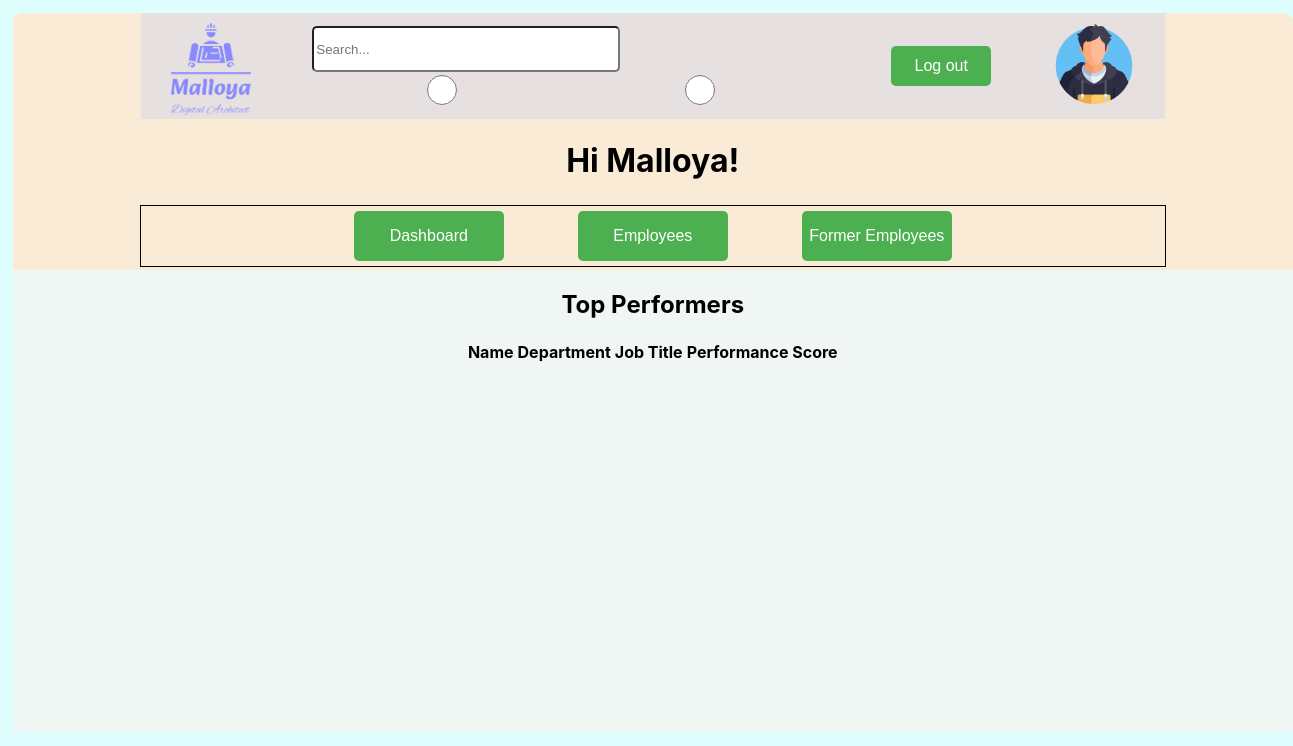
Repository: SbuKhoza/register
Page: /
An editor plug-in stored every save of this project. The page is shown before and after the next save, followed by the edit.
The browser window is 1280 px wide. The page is 1293 px wide, so the pictures cover 1293 px, including what lies to the right of the window. The pictures show the whole page.
The project was rebuilt for these pictures with package versions that can differ from the ones it lists, and the page was loaded fresh each time.

Above is the page before, as saved 2024-07-18 12:31:49.

### src/App.js

import './App.css';
import Home from './Home'

function App() {
  return (
    <div className="App">
     <Home />



  </div>


  );
}

export default App;

### src/App.css
body {
  background-color: rgb(223, 255, 255);
}



.container {
  background-color: antiquewhite;
  margin: 1%;
  border-radius: 1%;
  width: 98%;
  height: 100vh;
  display: grid;
  grid-template-columns: 0.2fr 1fr 1fr;
  grid-template-rows: 0.2fr 1fr;
  grid-template-areas:
  "header nav nav";
}

ul {
  list-style-type: none;
}

nav {
  grid-area: nav;
  display: flex;
  justify-content:space-around;
  align-items: center;
  background-color: rgb(231, 224, 224);
}

nav a {
  text-decoration: none;
  color: rgb(17, 17, 17);
  font-size: 15px;
}

nav input {
  height: 30px;
  width: 250px;
}

### src/Home.js
import './Home.css';

function Home() {
    return (
        <div className="App">
            <div className='container'>

            <div className='heading'>
                <nav>
                    <div className='logo'>
                        <img src='logo.png' alt='logo'></img>
                    </div>

                    <div className='search'>
                        <input type='text' placeholder='Search...' id='search'></input>
                        <div className='rad'>
                        <input type='radio' id='nam' name='fname' value={'fname'}></input>
                        <input type='radio' id='eid' name='emp-id' value={'emp-id'}></input>
                        </div>
                    </div>

                    <div className='logout'>
                        <button type='button' className='btn'>Log out</button>
                    </div>

                    <div className='profile'>
                        <img src='boy.png' alt='profile'></img>
                    </div>

                </nav>
            </div>
                <div className='nav2'>
                    <h1>Hi Malloya!</h1>

                </div>

                <div className='nav3'>
                    <div className='dash'>
                    <button type='button' className='btn'>Dashboard</button>
                    <button type='button' className='btn'>Employees</button>
                    <button type='button' className='btn'>Former Employees</button>
                    </div>


                </div>

                <div className='main'>
                    <div className='cont-form'>
                        <h2>Top Performers</h2>
                        <div className='table'>
                            <table>
                                <thead>
                                    <tr>
                                        <th>Name</th>
                                        <th>Department</th>
                                        <th>Job Title</th>
                                        <th>Performance Score</th>
                                    </tr>



                                </thead>
                            </table>
                        </div>


                    </div>

                </div>


            </div>


        </div>


    );
  }






export default Home;

### src/Home.css


.container {
    display: grid;
    height: 100vh;
    width: 100%;
    grid-template-columns: 0.5fr 1fr 1fr 0.5fr;
    grid-template-rows: 0.3fr 0.2fr 0.3fr 2fr;
    grid-template-areas: 'nav nav nav nav'
    'nav2 nav2 nav2 nav2'
    'nav3 nav3 nav3 nav3'
    'body body body body'

}

.heading {
    grid-area: nav;
    display: flex;
    width: 100%;
    justify-content: center;
    align-items: center;
}


nav {
    width: 80%;
    grid-area: nav;
    display: flex;
    justify-content: space-around;
    align-items: center;
}

.logo {
    margin-top: 10px;
    width: 80px;

}

.logo img {
    width: 100%;
    object-fit:fill;
}

.profile {
    width: 80px;
}

.profile img {
    width: 100%;
    object-fit: cover;
}
.search {
    display: flex;
    flex-direction: column;
}

.rad {
    display: flex;
}

#search {
    height: 40px;
    width: 300px;
    border-radius: 5px;
}

.btn {
    height: 40px;
    width: 100px;
    background-color: #4CAF50;
    color: white;
    border: none;
    border-radius: 5px;
    text-align: center;
    text-decoration: none;
    display: inline-block;
    font-size: 16px;
    margin: 4px 2px;
}

.nav2 {
    grid-area: nav2;
    text-align: center;

}


.nav3 {
    grid-area: nav3;
    display: flex;
    justify-content: space-around;
    align-items: center;
}

.dash {
    width: 80%;
    height: 60px;
    border: 1px solid black;
    display: flex;
    justify-content: center;
    align-items: center;
    gap:70px;

}

.dash button {
    width: 150px;
    height: 50px;
    background-color: #4CAF50;
    color: white;
    border: none;
    border-radius: 5px;
    text-align: center;
    text-decoration: none;
    display: inline-block;
    font-size: 16px;
    margin: 4px 2px;
    cursor: pointer;

}

.main {
    grid-area: body;
    display: flex;
    background-color: rgba(238, 249, 252, 0.8);
    justify-content: center;
    text-align: center;
}

Loaded but not shown: public/index.html (common file); src/index.js (common file); src/index.css (common file); src/reportWebVitals.js (common file)

After the next save:
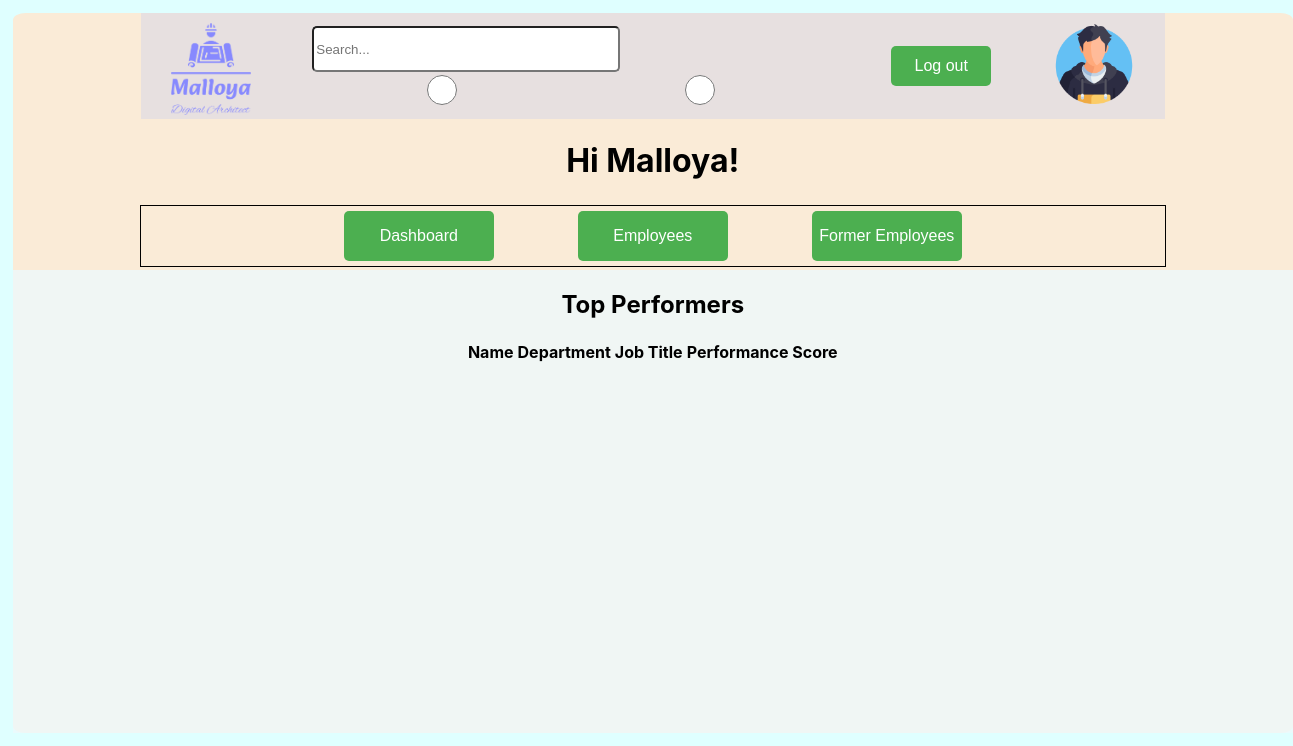
Saved 27 s later.
--- a/src/Home.css
+++ b/src/Home.css
@@ -99,7 +99,7 @@ nav {
     display: flex;
     justify-content: center;
     align-items: center;
-    gap:70px;
+    gap:80px;
 
 }
 
